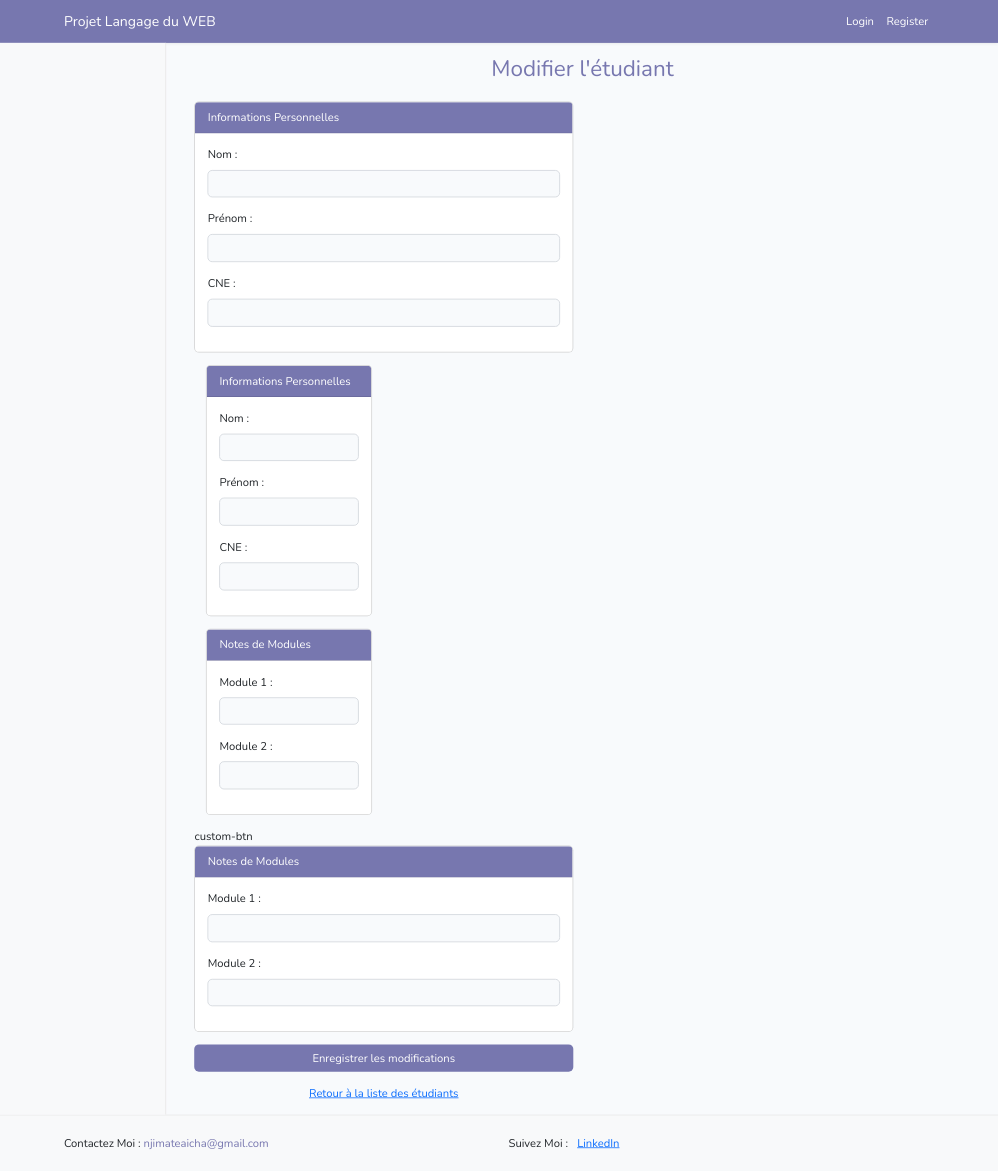
Repository: NjimateAicha/LaravelWeb
Page: resources/views/etudiant/edit.blade.php
The author's editor kept a copy of each file at every save. The page is drawn from the files as they stood at one save, then again after the next save.
The browser window is 1280 px wide. The pictures show the whole page, at 78% of full size.
Some web libraries are served in a nearby version. The page is served by the project's Laravel application, run on PHP 8.4 with Laravel 9. Other server files are loaded and not shown. Style sheets and scripts are compiled from the project's sources, by tool versions that may differ from the author's. The template is opened directly, without the code that normally fills it, so the values that code supplies are empty.

Above is the page before, as saved 2024-05-19 18:13:26.

### routes/web.php
<?php

use App\Http\Controllers\AproposDeMoiController;
use App\Http\Controllers\ChartsController;
use App\Http\Controllers\EtudiantController;
use App\Http\Controllers\formulairesController;
use App\Http\Controllers\ImageController;
use App\Http\Controllers\JsController;
use App\Http\Controllers\MapController;
use App\Http\Controllers\MatriceController;
use App\Http\Controllers\PhpController;
use App\Http\Controllers\ProjetController;
use App\Http\Controllers\QuizController;
use Illuminate\Support\Facades\Auth;
use Illuminate\Support\Facades\Route;

/*
|--------------------------------------------------------------------------
| Web Routes
|--------------------------------------------------------------------------
|
| Here is where you can register web routes for your application. These
| routes are loaded by the RouteServiceProvider within a group which
| contains the "web" middleware group. Now create something great!
|
*/

Route::get('/', function () {
    return view('auth.login');
});


Auth::routes();

Route::get('/home', [App\Http\Controllers\HomeController::class, 'index'])->name('home');

Route::get('/projets', [ProjetController::class, 'index'])->name('projets.index');
Route::get('/aproposDeMoi', [AproposDeMoiController::class, 'index'])->name('aProposDeMoi.index');


/* CRUD Student */
Route::resource('/etudiant' ,EtudiantController::class );
/* CRUD image */
Route::resource('/image' ,ImageController::class );
/* CRUD Maps */
Route::resource('/map' ,MapController::class );
/* CRUD Charts */
Route::resource('/charts' ,ChartsController::class );
/* Matrice */
Route::resource('/matrice' ,MatriceController::class );
/* quiz */
Route::resource('/Quiz' ,QuizController::class );
Route::get('/quiz/javascript', [QuizController::class, 'javascriptQuiz'])->name('quiz.javascript');
Route::post('/quiz/calculateJS', [QuizController::class, 'calculateScoreJS'])->name('quiz.calculateJS');
Route::get('/quiz/php', [QuizController::class, 'phpQuiz'])->name('quiz.php');
Route::post('/quiz/calculatePHP', [QuizController::class, 'calculateScorePHP'])->name('quiz.calculatePHP');

### resources/views/etudiant/edit.blade.php
@extends('layouts.app')

@section('content')
<style>
    h2 {
        color: #7777af;
    }
    .card-header {
        color: #fff;
        background-color: #7777af;
    }
    .custom-btn {
        color: #fff;
        background-color: #7777af;
        border: none;
    }
    .custom-btn:hover {
        background-color: #555577;
    }
    .card-title {
        color: #7777af;
    }
</style>
    <div class="container mt-3">
        @if ($errors->any())
            <div class="alert alert-danger">
                <ul>
                    @foreach ($errors->all() as $error)
                        <li>{{ $error }}</li>
                    @endforeach
                </ul>
            </div>
        @endif

        <h2 class="text-center mb-4">Modifier l'étudiant</h2>
        <div class="row">
            <div class="col-md-6 ">
                <form action="{{ route('etudiant.update', $etudiant->id) }}" method="POST">
                    @csrf
                    @method('PUT') <!-- Utilisez cette directive pour spécifier la méthode PUT -->

                    <!-- Informations personnelles -->
                    <div class="card mb-3">
                        <div class="card-header">Informations Personnelles</div>
                        <div class="card-body">
                            <div class="form-group">
                                <label for="nom">Nom :</label>
                                <input type="text" class="form-control" id="nom" name="nom"
                                    value="{{ $etudiant->nom }}" required>
                            </div>
                            <div class="form-group">
                                <label for="prenom">Prénom :</label>
                                <input type="text" class="form-control" id="prenom" name="prenom"
                                    value="{{ $etudiant->prenom }}" required>
                            </div>
                            <div class="form-group">
                                <label for="cne">CNE :</label>
                                <input type="text" class="form-control" id="cne" name="cne"
                                    value="{{ $etudiant->cne }}" required>
                            </div>
                        </div>
                    </div>
                    <div class="col-md-6 ">
                        <form action="{{ route('etudiant.update', $etudiant->id) }}" method="POST">
                            @csrf
                            @method('PUT') <!-- Utilisez cette directive pour spécifier la méthode PUT -->

                            <!-- Informations personnelles -->
                            <div class="card mb-3">
                                <div class="card-header">Informations Personnelles</div>
                                <div class="card-body">
                                    <div class="form-group">
                                        <label for="nom">Nom :</label>
                                        <input type="text" class="form-control" id="nom" name="nom"
                                            value="{{ $etudiant->nom }}" required>
                                    </div>
                                    <div class="form-group">
                                        <label for="prenom">Prénom :</label>
                                        <input type="text" class="form-control" id="prenom" name="prenom"
                                            value="{{ $etudiant->prenom }}" required>
                                    </div>
                                    <div class="form-group">
                                        <label for="cne">CNE :</label>
                                        <input type="text" class="form-control" id="cne" name="cne"
                                            value="{{ $etudiant->cne }}" required>
                                    </div>
                                </div>
                            </div>
                    </div>
                            <!-- Notes de modules -->
                        <div class="col-md-6">
                            <div class="card mb-3">
                                <div class="card-header">Notes de Modules</div>
                                <div class="card-body">
                                    <div class="form-group">
                                        <label for="note1">Module 1 :</label>
                                        <input type="number" class="form-control" id="note1" name="note1"
                                            value="{{ $etudiant->note1 }}" required>
                                    </div>
                                    <div class="form-group">
                                        <label for="note2">Module 2 :</label>
                                        <input type="number" class="form-control" id="note2" name="note2"
                                            value="{{ $etudiant->note2 }}" required>
                                    </div>
                                </div>
                            </div>
                        </div>

                    <!-- Notes de modules -->
                    custom-btn
                    <div class="card mb-3">
                        <div class="card-header">Notes de Modules</div>
                        <div class="card-body">
                            <div class="form-group">
                                <label for="note1">Module 1 :</label>
                                <input type="number" class="form-control" id="note1" name="note1"
                                    value="{{ $etudiant->note1 }}" required>
                            </div>
                            <div class="form-group">
                                <label for="note2">Module 2 :</label>
                                <input type="number" class="form-control" id="note2" name="note2"
                                    value="{{ $etudiant->note2 }}" required>
                            </div>
                        </div>
                    </div>




                <!-- Bouton Valider -->
                <button type="submit" class="btn custom-btn btn-block">Enregistrer les modifications</button>
            </form>
            <!-- Lien pour revenir à la liste des étudiants -->
            <p class="text-center mt-3"><a href="{{ route('etudiant.index') }}">Retour à la liste des étudiants</a></p>
        </div>
    </div>
@endsection

### resources/views/layouts/app.blade.php
<!doctype html>
<html lang="{{ str_replace('_', '-', app()->getLocale()) }}">

<head>
    <meta charset="utf-8">
    <meta name="viewport" content="width=device-width, initial-scale=1">

    <!-- CSRF Token -->
    <meta name="csrf-token" content="{{ csrf_token() }}">

    <title>{{ config('app.name', 'Aicha\'s Portfolio') }}</title>

    <!-- Fonts -->
    <link rel="dns-prefetch" href="//fonts.bunny.net">
    <link href="https://fonts.bunny.net/css?family=Nunito" rel="stylesheet">

    <!-- Styles -->
    <link rel="stylesheet" href="https://maxcdn.bootstrapcdn.com/bootstrap/4.5.2/css/bootstrap.min.css">
    <style>

        body {
            font-family: 'Nunito', sans-serif;
        }
        .navbar {
            background-color: #7777af;
        }
        .navbar-brand, .navbar-nav .nav-link {
            color: white !important;
        }
        .sidebar {
            background-color: #f8f9fa;
            border-right: 1px solid #e7e7e7;
        }
        .sidebar .nav-link {
            color: #7777af;
        }
        .sidebar .nav-link:hover {
            color: #7777af;
        }
        .font-weight-bold {
            font-weight: bold !important;
        }
        footer {
            background-color: #f8f9fa;
            border-top: 1px solid #e7e7e7;
            padding: 10px 0;
        }
        footer p {
            margin: 0;
        }
    </style>
    <!-- Scripts -->
    @vite(['resources/sass/app.scss', 'resources/js/app.js'])
</head>

<body>
    <div id="app">
        <nav class="navbar navbar-expand-md navbar-light shadow-sm">
            <div class="container">
                <a class="navbar-brand" href="{{ url('/') }}">
                    Projet Langage du WEB
                </a>
                <button class="navbar-toggler" type="button" data-toggle="collapse" data-target="#navbarSupportedContent" aria-controls="navbarSupportedContent" aria-expanded="false" aria-label="{{ __('Toggle navigation') }}">
                    <span class="navbar-toggler-icon"></span>
                </button>

                <div class="collapse navbar-collapse" id="navbarSupportedContent">
                    <!-- Left Side Of Navbar -->
                    <ul class="navbar-nav me-auto"></ul>

                    <!-- Right Side Of Navbar -->
                    <ul class="navbar-nav ms-auto">
                        <!-- Authentication Links -->
                        @guest
                            @if (Route::has('login'))
                                <li class="nav-item">
                                    <a class="nav-link" href="{{ route('login') }}">{{ __('Login') }}</a>
                                </li>
                            @endif

                            @if (Route::has('register'))
                                <li class="nav-item">
                                    <a class="nav-link" href="{{ route('register') }}">{{ __('Register') }}</a>
                                </li>
                            @endif
                        @else
                            <li class="nav-item dropdown">
                                <a id="navbarDropdown" class="nav-link dropdown-toggle" href="#" role="button" data-toggle="dropdown" aria-haspopup="true" aria-expanded="false" v-pre>
                                    {{ Auth::user()->name }}
                                </a>

                                <div class="dropdown-menu dropdown-menu-right" aria-labelledby="navbarDropdown">
                                    <a class="dropdown-item" href="{{ route('logout') }}"
                                       onclick="event.preventDefault();
                                                     document.getElementById('logout-form').submit();">
                                        {{ __('Logout') }}
                                    </a>

                                    <form id="logout-form" action="{{ route('logout') }}" method="POST" class="d-none">
                                        @csrf
                                    </form>
                                </div>
                            </li>
                        @endguest
                    </ul>
                </div>
            </div>
        </nav>

        <div class="container-fluid">
            <div class="row">
                <nav class="col-md-2 d-none d-md-block sidebar">
                    <div class="position-sticky pt-3" style="height: 400px">
                        <ul class="nav flex-column">
                            @auth
                                <li class="nav-item">
                                    <a class="nav-link active font-weight-bold" aria-current="page" href="{{ route('aProposDeMoi.index') }}">À propos de moi</a>
                                </li>
                                <li class="nav-item">
                                    <a class="nav-link font-weight-bold" href="{{ route('projets.index') }}">Mes Projets</a>
                                </li>
                            @endauth
                        </ul>
                    </div>
                </nav>
                <main class="col-md-9 ms-sm-auto col-lg-10 px-md-4">
                    @yield('content')
                </main>
            </div>
        </div>

        <footer class="bg-light py-4">
            <div class="container">
                <div class="row justify-content-between">
                    <div class="col-md-6">
                        <p class="d-inline">Contactez Moi : <span style="color: #7777af;">njimateaicha@gmail.com</span></p>
                    </div>
                    <div class="col-md-6">
                        <p class="d-inline-block me-2 mb-0">Suivez Moi :</p>
                        <a href="https://www.linkedin.com/" class="text-blue-500 hover:text-7777af-700 d-inline-block" target="_blank">LinkedIn</a>
                    </div>
                </div>
            </div>
        </footer>
    </div>

    <!-- Bootstrap JS and dependencies -->
    <script src="https://code.jquery.com/jquery-3.5.1.slim.min.js"></script>
    <script src="https://cdn.jsdelivr.net/npm/@popperjs/core@2.5.4/dist/umd/popper.min.js"></script>
    <script src="https://maxcdn.bootstrapcdn.com/bootstrap/4.5.2/js/bootstrap.min.js"></script>
</body>

</html>

Loaded but not shown: app/Http/Controllers/Auth/ConfirmPasswordController.php (common file); app/Http/Controllers/Controller.php (common file); resources/sass/app.scss (common file); resources/sass/_variables.scss (common file)

After the next save:
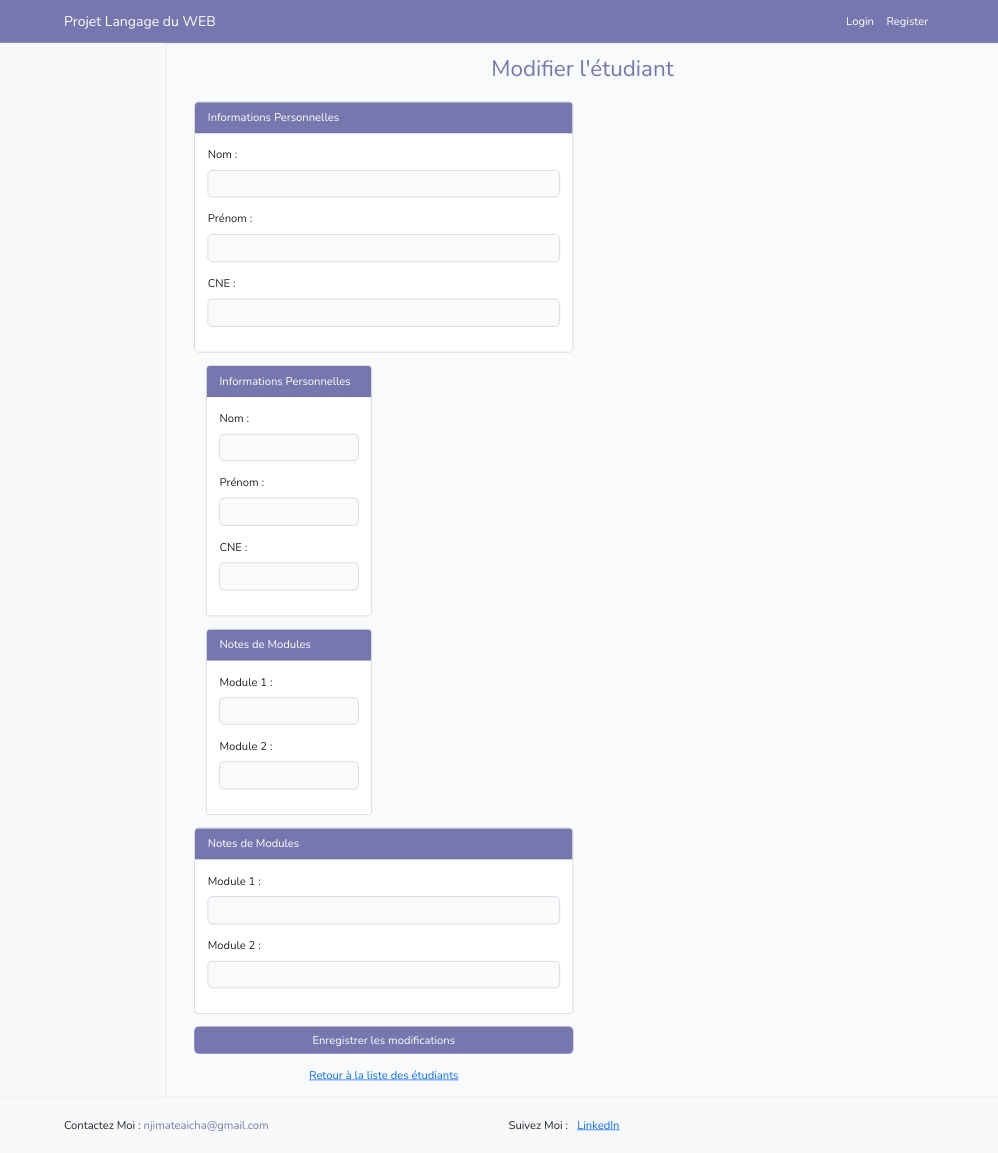
Saved 27 s later.
--- a/resources/views/etudiant/edit.blade.php
+++ b/resources/views/etudiant/edit.blade.php
@@ -106,8 +106,7 @@
                             </div>
                         </div>
 
-                    <!-- Notes de modules -->
-                    custom-btn
+
                     <div class="card mb-3">
                         <div class="card-header">Notes de Modules</div>
                         <div class="card-body">
